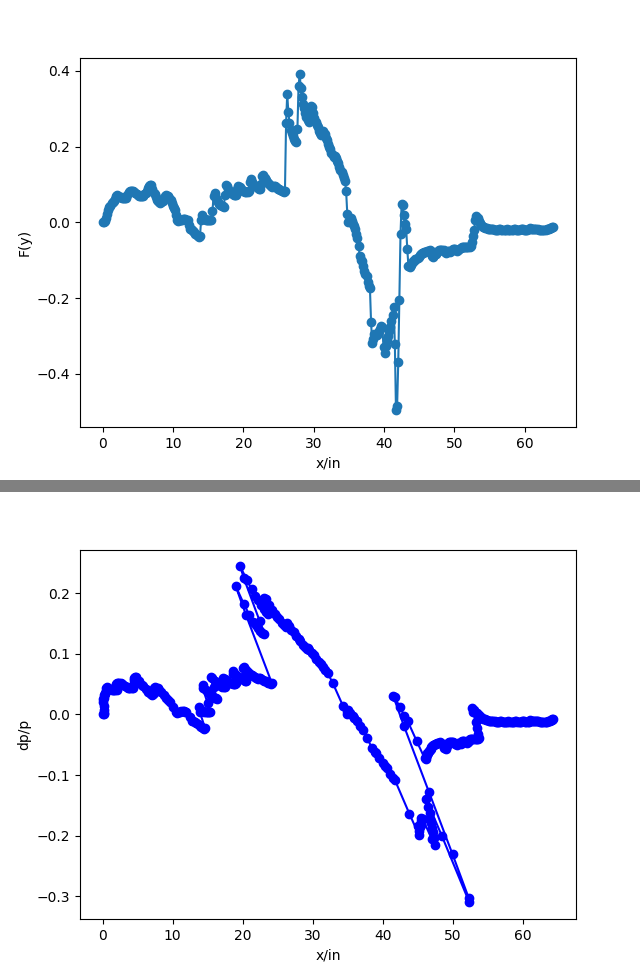
Repository: leiradom/Modified-linear-theory
Script's output: python Ffunction.py
The author's editor kept a copy of each file at every save. The script's output is drawn from the files as they stood at one save, then again after the next save.
Each picture stacks the figures in order, with grey between them; figures that are only written to a file come last. Random numbers start from a fixed seed.

Above is the script's output before, as saved 2021-04-21 15:07:53.

### Ffunction.py
#本程序实现求解无升力构型的F函数
#同时求解出未经修正的压力信号
#F函数是无量纲的

import math
import numpy as np
import matplotlib.pyplot as plt


M = 1.41                    #输入马赫数
P0 = 101325                 #输入大气静压
gama = 1.4                  #比热比
B = math.sqrt(M * M - 1)    #修正因子
k = (1 / math.sqrt(2)) * (gama + 1) * M**4 * B**(-1.5)   #特征性系数k
r0 = 10                      #r0为计算的位置  DWB为63.072  model1为20 2、3为10
con = (gama * M**2)/(math.sqrt(2 * B * r0))   #最后用来求压力的

volume = np.loadtxt("se.txt",dtype=np.float64)   #存放体积分布的数据文件
#Lift = np.loadtxt("volume.txt",dtype=np.float64)    #存放升力分布的数据文件
#cau = np.loadtxt("cauchy.txt",dtype=np.float64)      #积分含有哑元的存放

a = len(volume)        #a为b的长度
#print(a)              #检查文件长度

X = np.ones(a)     #存放x的数组
Y = np.ones(a)     #存放y的数组
Y0 = np.ones(a)    #存放含哑元的表达式的值


#提取体积分布数据中的两列数据
for i in range(0,a):
    c = volume[i][0]
    d = volume[i][1]
    #ca = cau[i][1]
    X[i] = c
    Y[i] = d
    #Y0[i] = ca

#print(X)
#print(Y)

#通过变上限积分求解F函数，积分使用梯形公式
F = np.ones(a, dtype=np.float64)   #产生一个长度为a的初始化数组
X1 = np.ones(a, dtype=np.float64)
delta_P = np.ones(a, dtype=np.float64)
X1[0] = 0.0        #强制F的第一个值为0
delta_P[0] = 0.0   #强制F的第一个值为0
F[0] = 0.0         #强制F的第一个值为0


for i in range(1,a):
    #----内层积分，积到x----#
    s = 0
    for j in range(0,i-1):
        s0 = (Y[j+1] * (1 / math.sqrt(X[i]-X[j+1])) + Y[j] * (1 / math.sqrt(X[i]-X[j]))) \
        * (X[j + 1] - X[j]) / (2)
        s = s0 + s
    #------------------#
    F[i] = (1/(2 * math.pi)) * s
    #求dp/p的值
    delta_P[i] = con * F[i]
    #扭曲后的x的值为x1
    X1[i] = (B * r0 - k * F[i] * math.sqrt(r0) + X[i])
    #print(X[i],F[i])
    #print(X1[i]-B * r0,delta_P[i])
    #------------------#



#将计算结果输出


#绘制F函数的图像
plt.plot(X, F,'-o')
plt.xlabel("x/in")
plt.ylabel('F(y)')
plt.show()




X0 = np.zeros(a)
for i in range(1,a):
    X0[i] = X1[i] - B * r0

#绘制未修正的过压的图像
plt.plot(X0, delta_P,'-o',c='b')
plt.xlabel("x/in")
plt.ylabel('dp/p')
plt.show()



for i in range(1,a):
    print(X0[i],delta_P[i])

#delta_P = np.ones[a]    #储存过压的数组
#delta_P[i] = P0 * ((gama * M * M)/(math.sqrt(2 * B * r0))) * F[i]

### se.txt
0.0 0.0
0.1609638 0.14857729494612157
0.3219275 0.1671384246031469
0.4828913 0.26403034028422845
0.6438551 0.29660955622540114
0.8048189 0.20705024217662624
0.9657826 0.19957694449135677
1.126746 0.2590235904427526
1.28771 0.17615471139701824
1.448674 0.17023196978575167
1.609638 0.251258610992999
1.770602 0.30426272845739016
1.931565 0.11729149969390128
2.092529 0.10102252407990238
2.253493 0.095106854398924
2.414457 0.06577602355388157
2.57542 0.05803579586011408
2.736384 0.06649736044265765
2.897348 0.10923657110256899
3.058312 0.08673722491004261
3.219275 0.09225333053010379
3.380239 0.31554952918762863
3.541203 0.25045241094084497
3.702167 0.11548462150681599
3.863131 0.1449038514803814
4.024095 0.11548462150681599
4.185058 0.06926955711323717
4.346022 0.06378881114460716
4.506986 0.06979995188440655
4.66795 -0.021145071543505055
4.828913 0.0028641317642613294
4.989877 0.026696536814950312
5.150841 0.06835020617656029
5.311805 0.04886703824937867
5.472768 0.04214870448134819
5.633732 0.10105788373132571
5.794696 0.1600024226326716
5.95566 0.14702543056502757
6.116623 0.1750656341335777
6.277587 0.35412690887653936
6.438551 0.1562189399317648
6.599515 0.14451489531484252
6.760478 0.17446452005964017
6.921442 -0.2775025442699344
7.082406 -0.03857737968888718
7.24337 -0.023514168188028175
7.404334 -0.2021157674625886
7.565297 -0.08836376887497412
7.726261 -0.07475030308186716
7.887225 -0.06435456556716063
8.048189 -0.007849842613168822
8.209152 0.028924194853842917
8.370116 0.050635020819870036
8.53108 0.16965560746779437
8.692043 0.22403875133714
8.853007 0.07181545201479057
9.013971 -0.0015911843134453658
9.174935 0.04246694134405611
9.335899 -0.06460208312706898
9.496862 -0.11131218264038602
9.657826 -0.11916202525349202
9.81879 -0.18153645034169982
9.979753 -0.14833373766721192
10.14072 -0.12344054307419984
10.30168 -0.45829644193200336
10.46265 -0.28354904466100794
10.62361 -0.08839912852645242
10.78457 -0.08861128643475687
10.94554 -0.07337127667685187
11.1065 -0.0563632843484241
11.26746 -0.046215064393531714
11.42843 -0.05410026665814742
11.58939 -0.06746621489131462
11.75036 -0.0748563820361136
11.91132 -0.08557035641346523
12.07228 -0.4457084060298511
12.23325 -0.157739404942442
12.39421 -0.13312908756059677
12.55517 -0.16573068616127276
12.71614 -0.15201114141388797
12.8771 -0.1592952296044091
13.03807 -0.21710825966077366
13.19903 -0.15508743108656364
13.35999 -0.16336158951671823
13.52096 -0.22453378645689392
13.68192 0.03217728278356461
13.84288 1.1254977043974568
14.00385 -0.10749334028811086
14.16481 -0.023337369930887964
14.32578 -0.051271494545285866
14.48674 -0.01980140478990524
14.6477 0.0010607895422759734
14.80867 0.0010607895424015962
14.96963 0.0007071930281211709
15.13059 0.0035359651411083458
15.29156 0.024044562959134756
15.45252 0.6781981140541289
15.61349 0.9784015545295982
15.77445 -0.004596754683384319
15.93541 -0.0035359651411083458
16.09638 0.003889561655263148
16.25734 0.0014143860563679647
16.4183 -0.00954710588086063
16.57927 -0.007071930282091068
16.74023 0.0038895616551375255
16.9012 0.010961491937291405
17.06216 0.00954710588086063
17.22312 0.9557713776267686
17.38409 0.47240494284486423
17.54505 0.043492371234885197
17.70601 0.020155001304060043
17.86698 0.028994914156611068
18.02794 0.03712763398110373
18.18891 0.05162509105937786
18.34987 0.03960280957981048
18.51083 0.03924921306565568
18.6718 0.05021070500294708
18.83276 0.05798982831334776
18.99372 0.6039428460919842
19.15469 0.06859772373635874
19.31565 0.06400096905316285
19.47662 0.040310002607994465
19.63758 0.03394526535408738
19.79854 0.03253087929771941
19.95951 0.050564301516913455
20.12047 0.033945265354213
20.28144 0.03253087929771941
20.4424 0.040310002607994465
20.60336 0.20932913635037298
20.76433 0.7163865375775086
20.92529 0.03429886186817937
21.08625 0.040310002607994465
21.24722 0.018740615247629266
21.40818 0.01732622919113568
21.56915 0.03712763398104092
21.73011 0.020155001304122854
21.89107 0.020862194332181214
22.05204 0.027934124614272283
22.213 0.01485105359236612
22.37396 0.4918527511206775
22.53493 0.541002666581223
22.69589 0.025812545529720336
22.85686 0.006364737253781463
23.01782 0.008486316338584656
23.17878 0.01414386056430776
23.33975 0.016619036162826076
23.50071 0.003182368626953543
23.66167 0.003889561655263148
23.82264 0.016265439648734083
23.9836 0.005303947711631112
24.14457 0.0827415843006665
24.30553 0.01909421176172126
24.46649 0.008132719824367042
24.62746 0.00742552679618306
24.78842 0.0028287721129871745
24.94938 -0.015558246620801347
25.11035 -0.0077791233101494285
25.27131 0.0007071930280583596
25.43228 0.0067183337679990775
25.59324 -0.03535965141045534
25.7542 0.09052070761094155
25.91517 5.655776243115585
26.07613 0.07814482961721937
26.23709 -0.0038895616551375255
26.39806 0.03394526535408738
26.55902 0.05869702134153174
26.71999 0.15947202786139228
26.88095 0.07354807493402349
27.04191 0.08592395292762003
27.20288 0.15204650106533485
27.36384 0.09087430412503354
27.52481 1.3083071021899881
27.68577 3.2863260020952065
27.84673 0.14108500912823188
28.0077 0.05162509105944067
28.16866 0.05056430151703908
28.32962 0.06753693419420839
28.49059 0.08238798778632327
28.65155 0.03642044095310818
28.81252 0.026519738557778696
28.97348 0.05763623179913015
29.13444 0.04349237123519925
29.29541 0.820697509238289
29.45637 0.6637006569759175
29.61733 0.014143860564182136
29.7783 -0.00035359651396636846
29.93926 -0.00848631633871028
30.10023 -0.07885202264540335
30.26119 0.028287721128364272
30.42215 -0.015558246620550102
30.58312 -0.0820343912723569
30.74408 0.03889561655137525
30.90504 -0.058343424827314125
31.06601 0.3016178265319001
31.22697 0.1089077263443532
31.38794 -0.11385807754164108
31.5489 -0.07213368887778114
31.70986 -0.0477355294040519
31.87083 -0.2065003642377627
32.03179 -0.09193509366718389
32.19276 -0.09299588320983673
32.35372 -0.21180431194901694
32.51468 -0.09158149715321752
32.67565 -0.11527246359851154
32.83661 0.07814482961721937
32.99757 -0.17644466053831034
33.15854 -0.1573504487770916
33.3195 -0.16300799300256344
33.48046 -0.23761685747886288
33.64143 -0.21038992589264896
33.80239 -0.18740615247579018
33.96336 -0.21852264571714164
34.12432 -0.30020344047553216
34.28528 -0.21498668057597048
34.44625 -0.8896488294893679
34.60721 -1.6318479125959686
34.76817 -0.3306127406886996
34.92914 -0.2719157193471679
35.0901 -0.29136352762260426
35.25107 -0.5275659990453504
35.41203 -0.35218212804893917
35.57299 -0.36597239209915494
35.73396 -0.5381738944681101
35.89492 -0.5523177550327948
36.05589 -0.44694599382911027
36.21685 -0.8864664608624143
36.37781 -0.9465778682598115
36.53878 -0.4847808208385864
36.69974 -0.5021070500297221
36.8607 -0.7004746944424897
37.02167 -0.7149721515213918
37.18263 -0.5144829280233186
37.3436 -0.5052894186561732
37.50456 -0.8744441793822817
37.66552 -0.5555001236599996
37.82649 -0.5392346840105118
37.98745 -3.2028772247666075
38.14841 -1.054071208548048
38.30938 -0.4999854709454214
38.47034 -0.49255994414835896
38.63131 -0.8069072451883245
38.79227 -0.5084717872841317
38.95323 -0.41229353544608516
39.1142 -0.40203923653829676
39.27516 -0.38153063871970505
39.43612 -0.28499879036894843
39.59709 -0.5717655633084824
39.75805 -1.9843836371591255
39.91901 -0.2669653681493775
40.07998 -0.22170501434459766
40.24094 -0.2372632609641428
40.40191 -0.19907483744170526
40.56287 -0.09405667275223832
40.72383 -0.0707193028204082
40.8848 0.0060111407391869815
41.04576 0.1584112383197444
41.20673 0.25034633198617456
41.36769 -3.3916977632987657
41.52865 -4.2919544882108935
41.68962 1.053364015519864
41.85058 1.3832695631801284
42.01154 3.653005587222671
42.17251 3.5996125135928962
42.33347 1.5802228215367793
42.49444 0.3797626561493707
42.6554 0.0477355294040519
42.81636 0.031116493241351448
42.97733 0.02510535250141073
43.13829 -1.3588714037069016
43.29926 -0.6025284600356162
43.46022 0.006364737253907086
43.62118 -0.006011140739689472
43.78215 0.019447808275687626
43.94311 -0.0017679825703343331
44.10407 0.00388956165488628
44.26504 0.03217728278375304
44.426 0.01308307102178054
44.58696 0.02404456295926038
44.74793 0.03394526535408738
44.90889 0.09052070761106717
45.06985 0.03500605489623773
45.23082 0.03076289672738508
45.39178 0.036774037466823305
45.55275 0.015204650106583733
45.71371 0.018033422219319663
45.87468 0.021922983874457187
46.03564 0.01202228147963019
46.1966 0.012375877993847803
46.35757 0.005657544225471859
46.51853 -0.11032211240072116
46.67949 -0.3726907258670284
46.84046 0.01732622919113568
47.00142 0.026873335071745063
47.16238 0.03040930021341871
47.32335 0.03076289672688259
47.48431 0.031470089755569065
47.64528 0.04278517820676402
47.80624 -0.020155001304122854
47.96721 -0.0038895616551375255
48.12817 0.0021215790845519468
48.28913 -0.052685880601591024
48.4501 -0.17290869539739043
48.61106 -0.03606684443889057
48.77202 0.005657544225723104
48.93299 0.03394526535408738
49.09395 -0.0714264958493459
49.25491 -0.08132719824417291
49.41588 0.05728263528491253
49.57684 0.028641317642833133
49.7378 0.010254298908793365
49.89877 -0.00813271982424142
50.05973 -0.1442673777550598
50.2207 -0.05268588060184227
50.38166 0.012022281479881436
50.54263 0.03394526535383613
50.70359 0.04738193289033678
50.86455 0.00813271982424142
51.02552 -0.02510535250141073
51.18648 0.030055703698949852
51.34744 -0.033238072325903395
51.50841 -0.033238072325903395
51.66937 0.0007071930284352278
51.83033 -0.04879631894695599
51.9913 0.010961491937479839
52.15226 0.022630176902892415
52.31322 0.31965124875096856
52.47419 0.3376846709707907
52.63515 0.40628239470714944
52.79612 0.8054928591319566
52.95708 0.15735044877684032
53.11805 0.053039477115808635
53.27901 0.005303947711756736
53.43997 -0.03642044095310818
53.60094 -0.021922983874457187
53.7619 0.00848631633871028
53.92286 0.02616614204356108
54.08383 0.010607895423262225
54.24479 -0.0042431581691038936
54.40575 -0.010961491937479839
54.56672 0.007425526796308682
54.72768 -0.005657544225723104
54.88865 0.006364737253907086
55.04961 0.04172438866436243
55.21058 0.023690966445042767
55.37154 -0.016972632676918065
55.5325 -0.030762896727133834
55.69347 0.021569387360239573
55.85443 0.004950351197539122
56.01539 0.015558246620801347
56.17636 0.04243158169254641
56.33732 -0.0017679825705855785
56.49828 -0.013790264050215769
56.65925 -0.017326229190884435
56.82021 0.0021215790843007016
56.98117 0.026873335072247553
57.14214 0.024751755987444363
57.3031 0.030055703698698606
57.46407 -0.0243981594729755
57.62503 -0.004243158169606385
57.786 -0.0017679825703343331
57.94696 -0.013790264049964524
58.10792 0.0410171956359272
58.26889 0.029348510671017115
58.42985 0.0243981594729755
58.59081 -0.03783482700897366
58.75178 -0.008839912852676646
58.91274 -0.0038895616553887707
59.0737 0.0017679825705855785
59.23467 0.06470816208147245
59.39563 0.01838701873328603
59.55659 -0.024751755987193116
59.71756 -0.007425526796308682
59.87852 -0.009900702395078243
60.03949 -0.007071930281839823
60.20045 0.0053039477112542446
60.36142 0.08521675989981292
60.52238 0.010607895422759734
60.68334 -0.04950351197463748
60.84431 0.0028287721129871745
61.00527 -0.004950351197539122
61.16623 -0.00424315816935514
61.3272 -0.00035359651396636846
61.48816 0.06294017951063563
61.64912 -0.015204650106583733
61.81009 -0.07071930282091068
61.97105 -0.027934124614397905
62.13202 0.008132719824492665
62.29298 0.005657544225471859
62.45395 -0.011315088451194963
62.61491 0.00424315816935514
62.77587 0.01591184313451647
62.93684 0.023337369931076397
63.0978 0.005657544225723104
63.25876 0.023690966445042767
63.41973 0.028287721128364272
63.58069 0.05162509105944067
63.74165 0.03429886186805375
63.90262 0.035359651410706586
64.06358 0.0399564060940281

After the next save:
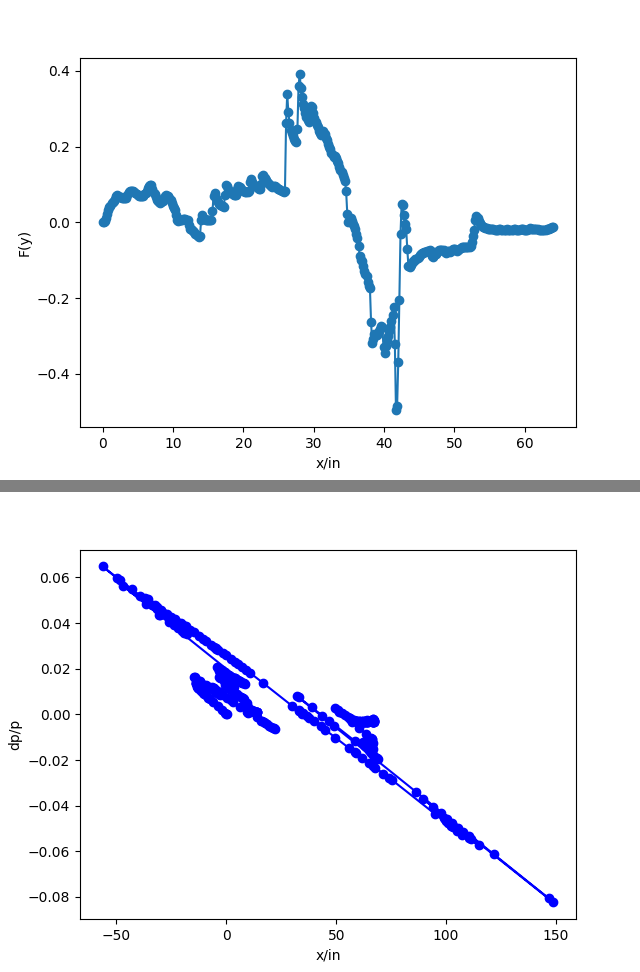
Saved 2 min 12 s later.
--- a/Ffunction.py
+++ b/Ffunction.py
@@ -7,12 +7,12 @@ import numpy as np
 import matplotlib.pyplot as plt
 
 
-M = 1.41                    #输入马赫数
-P0 = 101325                 #输入大气静压
+M = 2                    #输入马赫数
+P0 = 6835                 #输入大气静压
 gama = 1.4                  #比热比
 B = math.sqrt(M * M - 1)    #修正因子
 k = (1 / math.sqrt(2)) * (gama + 1) * M**4 * B**(-1.5)   #特征性系数k
-r0 = 10                      #r0为计算的位置  DWB为63.072  model1为20 2、3为10
+r0 = 328.5                      #r0为计算的位置  DWB为63.072  model1为20 2、3为10
 con = (gama * M**2)/(math.sqrt(2 * B * r0))   #最后用来求压力的
 
 volume = np.loadtxt("se.txt",dtype=np.float64)   #存放体积分布的数据文件
